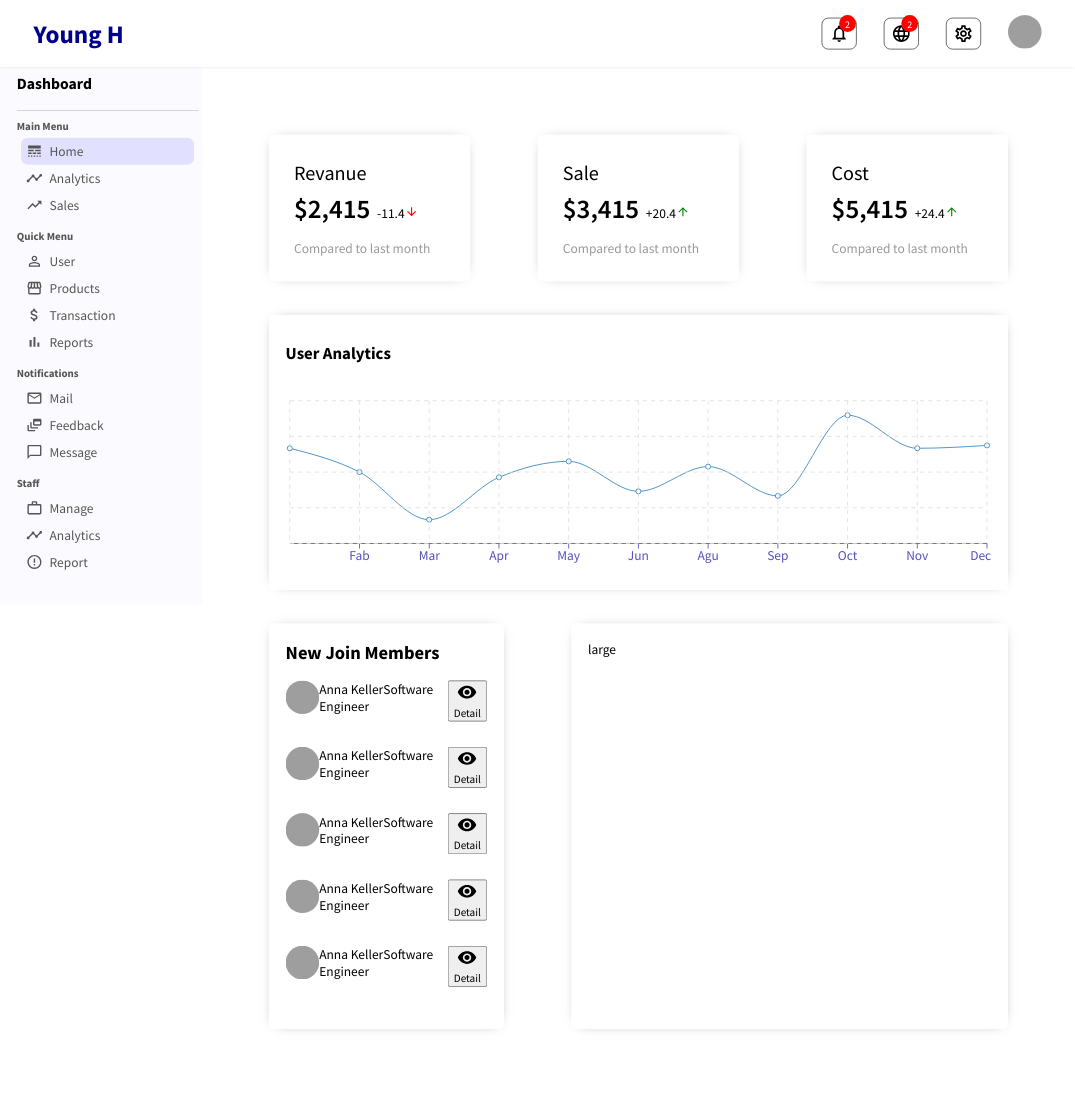
Repository: noname20011/admin
Page: /
These files come from the project's save history. The page is drawn as it stood at one moment and after the next save; the edit follows.
The browser window is 1280 px wide. The pictures show the whole page, at 84% of full size.
Pictures or frames that could not be fetched are drawn as grey boxes. The project was rebuilt for these pictures with package versions that can differ from the ones it lists, and the page was loaded fresh each time.

Above is the page before, as saved 2021-11-14 08:52:24.

### public/index.html
<!DOCTYPE html>
<html lang="en">
  <head>
    <meta charset="utf-8" />
    <meta name="viewport" content="width=device-width, initial-scale=1" />
    <meta name="theme-color" content="#000000" />
    <meta
      name="description"
      content="Web site created using create-react-app"
    />
    <!-- GOOGLE FONTS -->
    <link href="https://fonts.googleapis.com/css2?family=Source+Sans+Pro:wght@200;300;400;600;700;900&display=swap" rel="stylesheet">
    <style>
      * {
        font-family: 'Source Sans Pro', sans-serif;
        padding: 0;
        margin: 0;
      }
    </style>
    <title>React Admin App</title>
  </head>
  <body>
    <div id="root"></div>
  </body>
</html>

### src/App.js
import Topbar from "./comopnents/topbar/Topbar";
import Sidebar from "./comopnents/sidebar/Sidebar";
import Home from "./pages/home/Home.jsx"
import './app.css'
function App() {
  return (
    <div>
      <Topbar/>
      <div className="container">
        <Sidebar/>
        <Home/>
      </div>
    </div>
  );
}

export default App;

### src/comopnents/topbar/Topbar.jsx
import React from 'react'
import './topbar.css'

import { Language, NotificationsNone, SettingsOutlined  } from '@material-ui/icons'

export default function Topbar() {
    return (
        <div className="topbar">
            <div className="topbarWrapper">
                <div className="topLeft">
                    <div className="logo">Young H</div>
                </div>
                <div className="topRight">
                    <div className="topbarIconContainer">
                        <NotificationsNone/>
                        <div className="topIconsBadge">2</div>
                    </div>
                    <div className="topbarIconContainer">
                        <Language/>
                        <div className="topIconsBadge">2</div>
                    </div>
                    <div className="topbarIconContainer">
                        <SettingsOutlined/>
                    </div>
                    <div>
                        <img src="https://images.pexels.com/photos/1526814/pexels-photo-1526814.jpeg?auto=compress&cs=tinysrgb&dpr=2&w=500" alt="admin" className="topAvatar"/>
                    </div>
                </div>
            </div>
        </div>
    )
}

### src/comopnents/sidebar/Sidebar.jsx
import { AttachMoney, BarChart, ChatBubbleOutline, DynamicFeed, ErrorOutline, LineStyle, MailOutlined, PersonOutline, Storefront, Timeline, TrendingUp,  WorkOutlineOutlined } from '@material-ui/icons'
import React from 'react'
import "./sidebar.css"
export default function Sidebar() {
    return (
        <div className="sidebar">
            <div className="sidebarWrapper">
                <h3 className="sidebarTitle">Dashboard</h3>
                <div className="sidebarMenu">
                    <h4 className="sidebarMenuTitle">Main Menu</h4>
                    <ul className="sidebarLists">
                        <li className="sidebarListItem active">
                            <LineStyle className="sidebarIcon"/>
                            Home
                        </li>
                        <li className="sidebarListItem">
                            <Timeline className="sidebarIcon"/>
                            Analytics
                        </li>
                        <li className="sidebarListItem">
                            <TrendingUp className="sidebarIcon"/>
                            Sales
                        </li>
                    </ul>
                </div>
                <div className="sidebarMenu">
                    <h4 className="sidebarMenuTitle">Quick Menu</h4>
                    <ul className="sidebarLists">
                        <li className="sidebarListItem">
                            <PersonOutline className="sidebarIcon"/>
                            User
                        </li>
                        <li className="sidebarListItem">
                            <Storefront className="sidebarIcon"/>
                            Products
                        </li>
                        <li className="sidebarListItem">
                            <AttachMoney className="sidebarIcon"/>
                            Transaction
                        </li>
                        <li className="sidebarListItem">
                            <BarChart className="sidebarIcon"/>
                            Reports
                        </li>
                    </ul>
                </div>
                <div className="sidebarMenu">
                    <h4 className="sidebarMenuTitle">Notifications</h4>
                    <ul className="sidebarLists">
                        <li className="sidebarListItem">
                            <MailOutlined className="sidebarIcon"/>
                            Mail
                        </li>
                        <li className="sidebarListItem">
                            <DynamicFeed className="sidebarIcon"/>
                            Feedback
                        </li>
                        <li className="sidebarListItem">
                            <ChatBubbleOutline className="sidebarIcon"/>
                            Message
                        </li>
                    </ul>
                </div>
                <div className="sidebarMenu">
                    <h4 className="sidebarMenuTitle">Staff</h4>
                    <ul className="sidebarLists">
                        <li className="sidebarListItem">
                            <WorkOutlineOutlined className="sidebarIcon"/>
                            Manage
                        </li>
                        <li className="sidebarListItem">
                            <Timeline className="sidebarIcon"/>
                            Analytics
                        </li>
                        <li className="sidebarListItem">
                            <ErrorOutline className="sidebarIcon"/>
                            Report
                        </li>
                    </ul>
                </div>
            </div>
        </div>
    )
}

### src/pages/home/Home.jsx
import "./home.css"
import Feature from "../../comopnents/featureInfo/Feature"
import Chart from "../../comopnents/chart/Chart"
import WidgetSm from "../../comopnents/widgetSm/WidgetSm"
import WidgetLg from "../../comopnents/widgetLg/WidgetLg"
import {userData} from "../../dummyData"

export default function Home() {
    return (
        <div className="home">
            <Feature/>
            <Chart data={userData} title="User Analytics" grid dataKey="Active User"/>
            <div className="homeWidgets">
                <WidgetSm/>
                <WidgetLg/>
            </div>
        </div>
    )
}

### src/app.css
ul, li {
    list-style: none;
}

a {
    text-decoration: none;
}

.container {
    display: flex;
}

.other {
    flex: 4;
}

### src/comopnents/topbar/topbar.css
.topbar {
    width: 100%;
    height: 80px;
    background: #fff;
    box-shadow: 0 .5px 2px rgba(0, 0, 0, 0.07);

    position: sticky;
    top: 0;
    z-index: 1000;
}

.topbarWrapper {
    height: 100%;
    padding: 0 40px;
    display: flex;
    justify-content: space-between;
    align-items: center;
}

.logo {
    font-weight: bold;
    font-size: 30px;
    color: darkblue;
    cursor: pointer;
}

.topRight {
    display: flex;
    align-items: center;
    column-gap: 2rem;
}
.topbarIconContainer {
    position: relative;
    cursor: pointer;
    width: 40px;
    height: 36px;
    border: 1px solid #555;
    border-radius: .5rem;
    display: flex;
    align-items: center;
    justify-content: center;
}

.topbarIconContainer:hover {
    background-color: rgb(248, 246, 246);
}

.topIconsBadge {
    font-size: 12px;
    position: absolute;
    top: -4px;
    right: 0px;

    width: 20px;
    height: 20px;
    background-color: red;
    color: #fff;
    border-radius: 50%;

    display: flex;
    place-content: center;
    place-items: center;
}

.topAvatar {
    width: 40px;
    height: 40px;
    object-fit: cover;
    border-radius: 50%;
    cursor: pointer;
}

### src/comopnents/sidebar/sidebar.css
.sidebar {
    flex: 1;
    background-color: rgb(251, 251, 255);
    position: sticky;
    top: 80px;
    height: calc(100vh - 80px);
}

.sidebarWrapper {
    padding: 8px 4px 0 20px;
}

.sidebarTitle {
    padding-bottom: 20px;
    margin-bottom: 10px;
    border-bottom: 1px solid #ccc;
}

.sidebarMenu {
    margin-bottom: 8px;
}

.sidebarMenuTitle {
    color: #555;
    font-size: 13px;
}

.sidebarLists {
    padding: 5px;
}

.sidebarListItem {
    display: flex;
    align-items: center;
    column-gap: .5rem;

    padding: 6px;
    color: #555;
    cursor: pointer;
    border-radius: .5rem;
}

.sidebarListItem.active,
.sidebarListItem:hover {
    background-color: rgb(225, 225, 255);
}

.sidebarIcon {
    font-size: 20px!important;
}

### src/pages/home/home.css
.home {
    flex: 4;
    margin: 60px 40px;
}

.homeWidgets {
    display: flex;

}

### src/comopnents/featureInfo/Feature.jsx
import { ArrowDownward, ArrowUpward } from '@material-ui/icons'
import "./feature.css"

export default function Feature() {
    return (
        <div className="featured">
            <div className="featuredItem">
                <span className="featuredTitle">Revanue</span>
                <div className="featuredMoneyContainer">
                    <span className="featuredMoney">$2,415</span>
                    <span className="featuredMoneyRate">-11.4
                        <ArrowDownward className="featuredIcon negative"/>
                    </span>
                </div>
                <span className="featuredSub">Compared to last month
                </span>
            </div>

            <div className="featuredItem">
                <span className="featuredTitle">Sale</span>
                <div className="featuredMoneyContainer">
                    <span className="featuredMoney">$3,415</span>
                    <span className="featuredMoneyRate">+20.4
                        <ArrowUpward className="featuredIcon "/>
                    </span>
                </div>
                <span className="featuredSub">Compared to last month
                </span>
            </div>

            <div className="featuredItem">
                <span className="featuredTitle">Cost</span>
                <div className="featuredMoneyContainer">
                    <span className="featuredMoney">$5,415</span>
                    <span className="featuredMoneyRate">+24.4
                        <ArrowUpward className="featuredIcon "/>
                    </span>
                </div>
                <span className="featuredSub">Compared to last month</span>
            </div>
        </div>
    )
}

### src/comopnents/chart/Chart.jsx
import "./chart.css"
import { LineChart, Line, XAxis, YAxis, CartesianGrid, Tooltip, Legend, ResponsiveContainer } from 'recharts';



export default function Chart({ title, data, dataKey, grid }) {

    return (
        <div className="chart">
            <h3 className="chartTitle">{title}</h3>
            <ResponsiveContainer width="100%" aspect={4 / 1}>
                <LineChart data={data}>
                    <XAxis dataKey="name" stroke="#5550bd"/>
                    <Line type="monotone" dataKey={dataKey}/>
                    <Tooltip />
                    {grid && <CartesianGrid stroke="#e0dfdf" strokeDasharray="5 5" />}
                </LineChart>
            </ResponsiveContainer>
        </div>
    )
}

### src/comopnents/widgetSm/WidgetSm.jsx
import { Visibility } from "@material-ui/icons"
import React from "./widgetSm.css"

export default function widgetSm() {
    return (
        <div className="widgetSm">
            <h3 className="widgetSmTitle">New Join Members</h3>
            <ul className="widgetSmList">
                <li className="widgetSmListItem">
                    <img src="https://images.pexels.com/photos/3992656/pexels-photo-3992656.png?auto=compress&cs=tinysrgb&dpr=2&w=500" alt="member"  className="widgetSmImg"/>
                    <div className="widgetSmUser">
                        <span className="widgetSmUsername">Anna Keller</span>
                        <span className="widgetSmUserTitle">Software Engineer</span>
                    </div>
                    <button className="widgetSmButton">
                        <Visibility className="widgetSmIcon"/>
                        Detail
                    </button>
                </li>
                <li className="widgetSmListItem">
                    <img src="https://images.pexels.com/photos/3992656/pexels-photo-3992656.png?auto=compress&cs=tinysrgb&dpr=2&w=500" alt="member"  className="widgetSmImg"/>
                    <div className="widgetSmUser">
                        <span className="widgetSmUsername">Anna Keller</span>
                        <span className="widgetSmUserTitle">Software Engineer</span>
                    </div>
                    <button className="widgetSmButton">
                        <Visibility className="widgetSmIcon"/>
                        Detail
                    </button>
                </li>
                <li className="widgetSmListItem">
                    <img src="https://images.pexels.com/photos/3992656/pexels-photo-3992656.png?auto=compress&cs=tinysrgb&dpr=2&w=500" alt="member"  className="widgetSmImg"/>
                    <div className="widgetSmUser">
                        <span className="widgetSmUsername">Anna Keller</span>
                        <span className="widgetSmUserTitle">Software Engineer</span>
                    </div>
                    <button className="widgetSmButton">
                        <Visibility className="widgetSmIcon"/>
                        Detail
                    </button>
                </li>
                <li className="widgetSmListItem">
                    <img src="https://images.pexels.com/photos/3992656/pexels-photo-3992656.png?auto=compress&cs=tinysrgb&dpr=2&w=500" alt="member"  className="widgetSmImg"/>
                    <div className="widgetSmUser">
                        <span className="widgetSmUsername">Anna Keller</span>
                        <span className="widgetSmUserTitle">Software Engineer</span>
                    </div>
                    <button className="widgetSmButton">
                        <Visibility className="widgetSmIcon"/>
                        Detail
                    </button>
                </li>
                <li className="widgetSmListItem">
                    <img src="https://images.pexels.com/photos/3992656/pexels-photo-3992656.png?auto=compress&cs=tinysrgb&dpr=2&w=500" alt="member"  className="widgetSmImg"/>
                    <div className="widgetSmUser">
                        <span className="widgetSmUsername">Anna Keller</span>
                        <span className="widgetSmUserTitle">Software Engineer</span>
                    </div>
                    <button className="widgetSmButton">
                        <Visibility className="widgetSmIcon"/>
                        Detail
                    </button>
                </li>
            </ul>
        </div>
    )
}

### src/comopnents/widgetLg/WidgetLg.jsx
import React from "./widgetLg.css"

export default function WidgetLg() {
    return (
        <div className="widgetLg">
            large
        </div>
    )
}

### src/dummyData.js
export const userData = [
    {
        name: 'Jan',
        "Active User": 4000,
    },
    {
        name: 'Fab',
        "Active User": 3000,

    },
    {
        name: 'Mar',
        "Active User": 1000,

    },
    {
        name: 'Apr',
        "Active User": 2780,
    },
    {
        name: 'May',
        "Active User": 3450,
    },
    {
        name: 'Jun',
        "Active User": 2190,
    },
    {
        name: 'Agu',
        "Active User": 3230,
    },
    {
        name: 'Sep',
        "Active User": 2000,
    },
    {
        name: 'Oct',
        "Active User": 5390,
    },
    {
        name: 'Nov',
        "Active User": 4000,
    },
    {
        name: 'Dec',
        "Active User": 4120,
    },
    ];

### src/comopnents/featureInfo/feature.css
.featured {
    display: flex;
    justify-content: space-between;
    width: 100%;
}
.featuredItem {
    flex: 1;
    width: 30%;
    margin: 20px 40px;
    padding: 30px;
    border-radius: .4rem;
    cursor: pointer;
    -webkit-box-shadow: 0px 0px 15px -10px rgba(0, 0, 0, 0.75);
    box-shadow: 0px 0px 15px -10px rgba(0, 0, 0, 0.75);
}

.featuredTitle {
    font-size: 24px;
    margin-bottom: 8px;
    display: block;
}

.featuredMoneyContainer {
    margin: 6px 0 16px;
}

.featuredMoney {
    font-weight: 600;
    font-size: 32px;
}

.featuredMoneyRate {
    font-size: 16px;
    margin-left: 8px;
}

.featuredIcon {
    font-size: 16px!important;
    color: green;
}

.featuredIcon.negative {
    color: red;
}

.featuredSub {
    color: #999;
    font-size: 16px;
}

### src/comopnents/chart/chart.css
.chart {
    -webkit-box-shadow: 0px 0px 15px -10px rgba(0, 0, 0, 0.75);
    box-shadow: 0px 0px 15px -10px rgba(0, 0, 0, 0.75);
    margin: 20px 40px;
    padding: 20px;
}

.chartTitle {
    font-size: 20px;
    margin: 12px 0 40px;

}

### src/comopnents/widgetSm/widgetSm.css
.widgetSm {
    flex: 1;
    margin: 20px 40px;
    padding: 20px;
    border-radius: .4rem;
    -webkit-box-shadow: 0px 0px 15px -10px rgba(0, 0, 0, 0.75);
    box-shadow: 0px 0px 15px -10px rgba(0, 0, 0, 0.75);
}

.widgetSmTitle {
    font-size: 22px;
    margin-bottom: 20px;
}
.widgetSmListItem {
    display: flex;
    justify-content: space-between;
    margin-bottom: 30px;
}

.widgetSmImg {
    width: 40px;
    height: 40px;
    border-radius: 50%;
    object-fit: cover;
}

### src/comopnents/widgetLg/widgetLg.css
.widgetLg {
    flex: 2;
    border-radius: .4rem;
    margin: 20px 40px;
    padding: 20px;
    -webkit-box-shadow: 0px 0px 15px -10px rgba(0, 0, 0, 0.75);
    box-shadow: 0px 0px 15px -10px rgba(0, 0, 0, 0.75);
}

Loaded but not shown: src/index.js (common file)

After the next save:
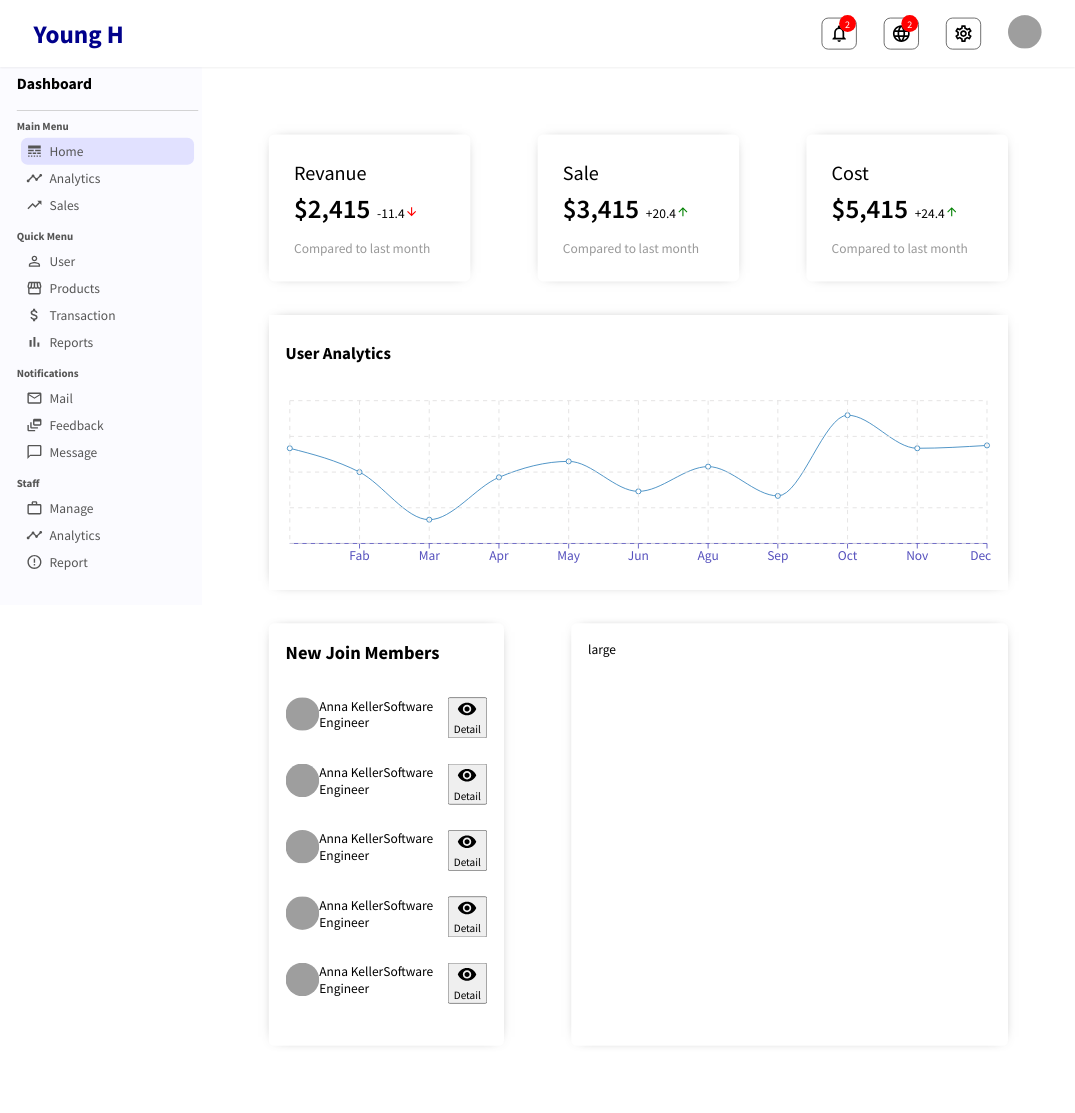
Saved 8 s later.
--- a/src/comopnents/widgetSm/widgetSm.css
+++ b/src/comopnents/widgetSm/widgetSm.css
@@ -9,7 +9,7 @@
 
 .widgetSmTitle {
     font-size: 22px;
-    margin-bottom: 20px;
+    margin-bottom: 40px;
 }
 .widgetSmListItem {
     display: flex;
